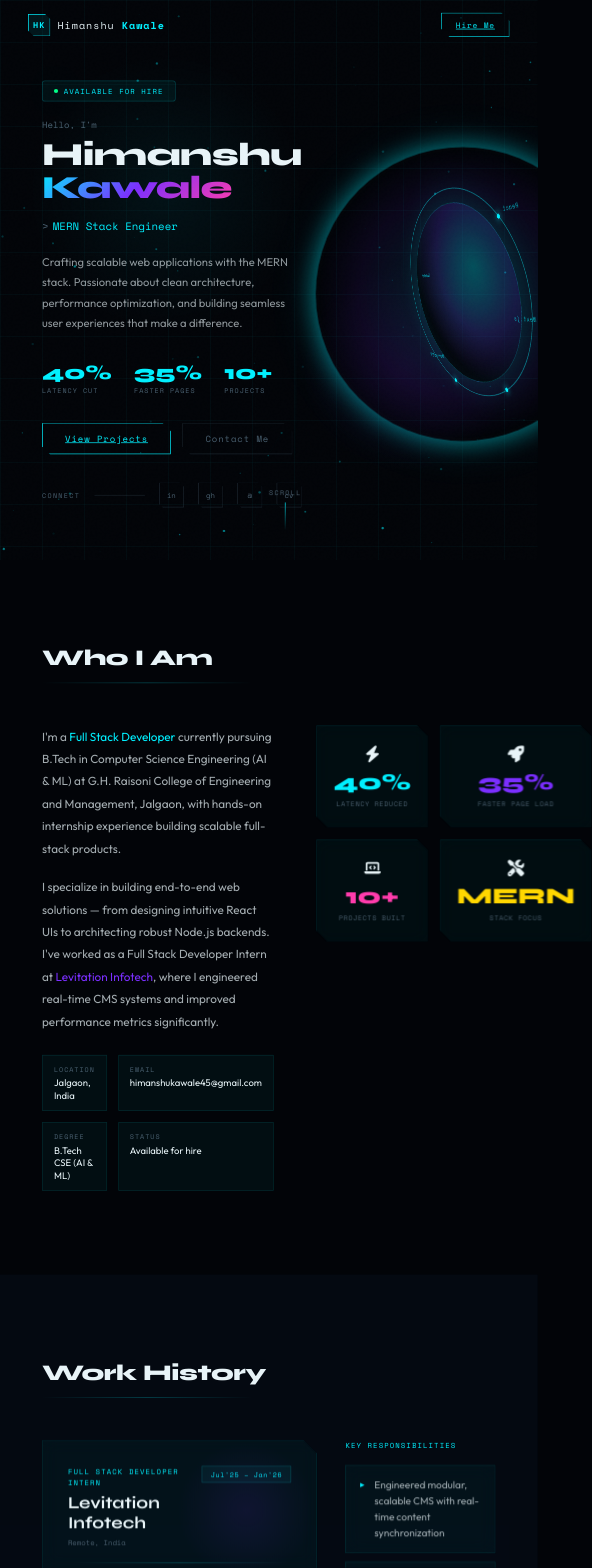
Repository: Himanshu8823/PORTFOLIO
Page: /
The author's editor kept a copy of each file at every save. The page is drawn from the files as they stood at one save, then again after the next save.
The browser window is 768 px wide. The page is 846 px wide, then 768 px, so the pictures cover 846 px, including what lies to the right of the window. The pictures show the part of the page from y = 0 to 2240 px (the page is 8427 px tall before and 9869 px after), at 70% of full size.
The project was rebuilt for these pictures with package versions that can differ from the ones it lists, and the page was loaded fresh each time. Some packages were replaced by stand-ins written for this rebuild. The framework's server and built-in components were replaced by stand-ins that run in the browser. Also part of the build but not shown: next.config.js.

Above is the page before, as saved 2026-04-03 15:39:34.

After the next save:
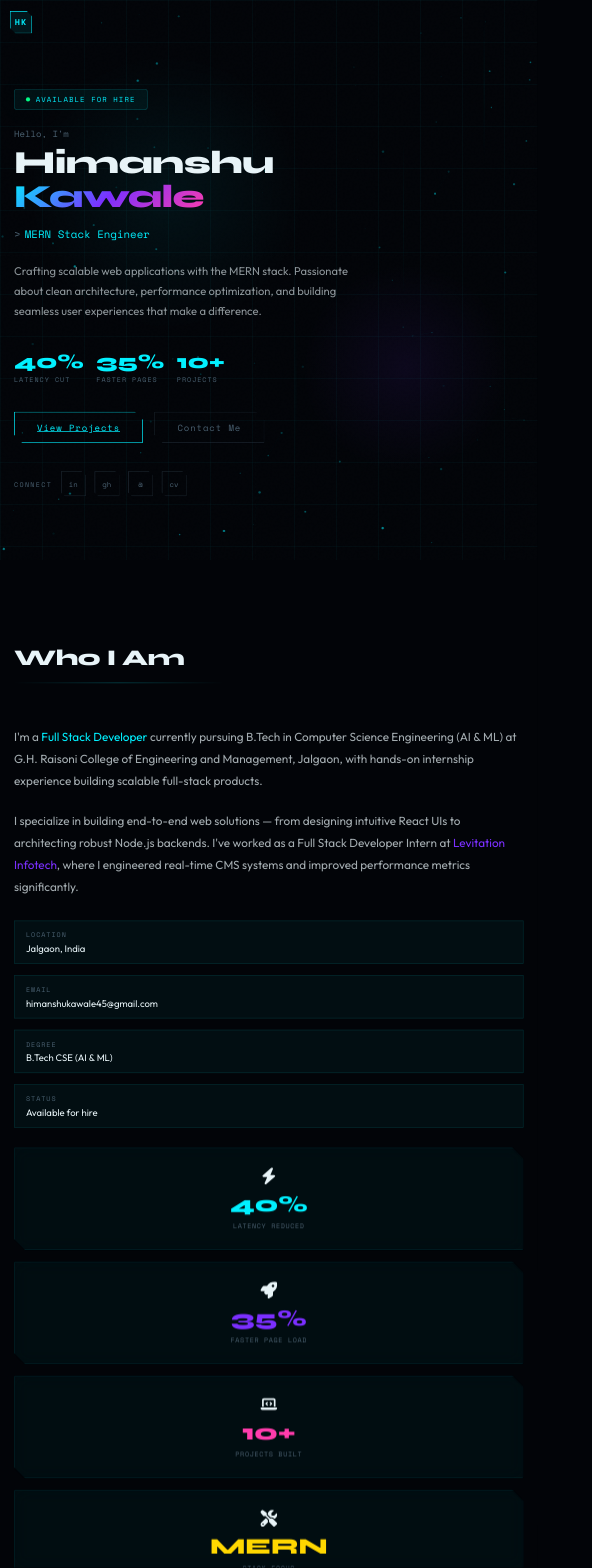
Saved 1 s later.
--- a/app/globals.css
+++ b/app/globals.css
@@ -207,3 +207,123 @@ body::before {
   background: linear-gradient(90deg, transparent, var(--accent), transparent);
   opacity: 0.3;
 }
+
+@media (max-width: 1024px) {
+  .hero-layout {
+    flex-direction: column !important;
+    align-items: flex-start !important;
+    gap: 32px !important;
+  }
+
+  .hero-orb-wrap {
+    width: 100%;
+    display: flex;
+    justify-content: center;
+  }
+
+  .about-grid,
+  .experience-grid,
+  .contact-grid {
+    grid-template-columns: 1fr !important;
+    gap: 28px !important;
+  }
+
+  .projects-grid {
+    grid-template-columns: minmax(0, 1fr) !important;
+  }
+}
+
+@media (max-width: 768px) {
+  html,
+  body,
+  main {
+    width: 100%;
+    max-width: 100%;
+    overflow-x: hidden;
+  }
+
+  body {
+    cursor: auto;
+  }
+
+  .site-nav {
+    padding: 0 14px !important;
+    height: 64px !important;
+  }
+
+  .nav-name,
+  .nav-cta {
+    display: none !important;
+  }
+
+  .hero-section,
+  .about-section,
+  .experience-section,
+  .projects-section,
+  .skills-section,
+  .contact-section {
+    padding-left: 20px !important;
+    padding-right: 20px !important;
+  }
+
+  .hero-section {
+    padding-top: 96px !important;
+  }
+
+  .hero-stats {
+    gap: 18px !important;
+    flex-wrap: wrap;
+  }
+
+  .hero-social {
+    gap: 12px !important;
+    flex-wrap: wrap;
+  }
+
+  .hero-social-divider,
+  .hero-scroll-hint,
+  .hero-orb-wrap {
+    display: none !important;
+  }
+
+  .about-meta-grid,
+  .about-stats-grid,
+  .experience-metrics,
+  .skills-grid {
+    grid-template-columns: 1fr !important;
+  }
+
+  .experience-job-head {
+    flex-direction: column;
+    gap: 10px;
+  }
+
+  .experience-period {
+    align-self: flex-start;
+  }
+
+  .experience-edu-row {
+    flex-direction: column;
+    gap: 6px !important;
+  }
+
+  .projects-grid {
+    gap: 16px !important;
+  }
+
+  .projects-grid .glass-card {
+    padding: 20px !important;
+  }
+
+  .contact-grid {
+    gap: 28px !important;
+  }
+
+  .contact-grid .glass-card {
+    padding: 22px !important;
+  }
+
+  .contact-footer {
+    margin-top: 48px !important;
+  }
+}
